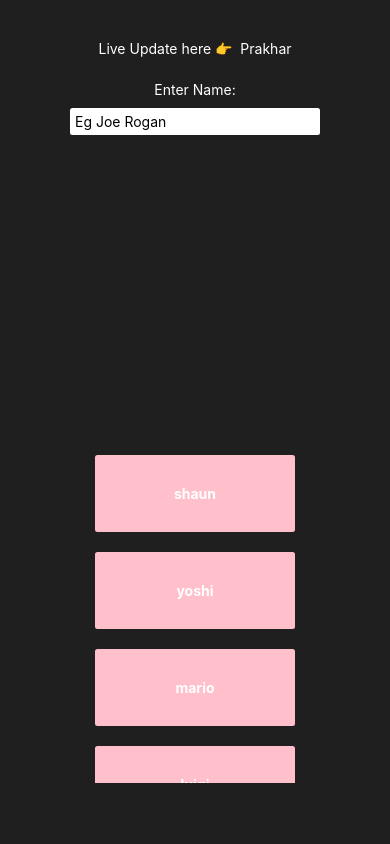
Repository: PrakharGupta36/TodoApp-React-Native
Screen: /
An editor plug-in stored every save of this project. The screen is shown before and after a run of saves, followed by the edit.
The app was drawn by React Native's web renderer in a window 390 px wide. The project was rebuilt for these pictures with package versions that can differ from the ones it lists, and the page was loaded fresh each time.

Above is the screen before, as saved 2022-03-16 12:10:36.

After the next 2 saves:
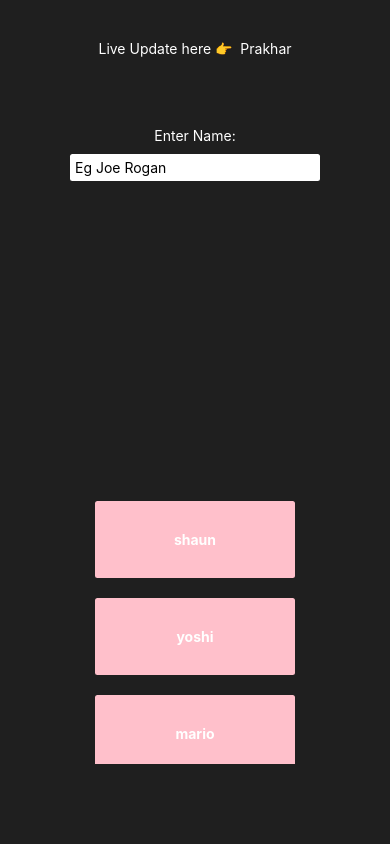
The 2 saves are shown as one change because they came seconds apart.
The last was saved 9 s later.
--- a/App.js
+++ b/App.js
@@ -76,9 +76,9 @@
     backgroundColor: "#fff",
     alignItems: "center",
     backgroundColor: "#1f1f1f",
-    paddingTop: 3,
+    paddingTop: 30,
     paddingBottom: 30,
-    margin: 1,
+    margin: 20,
   },
   input: {
     backgroundColor: "white",
